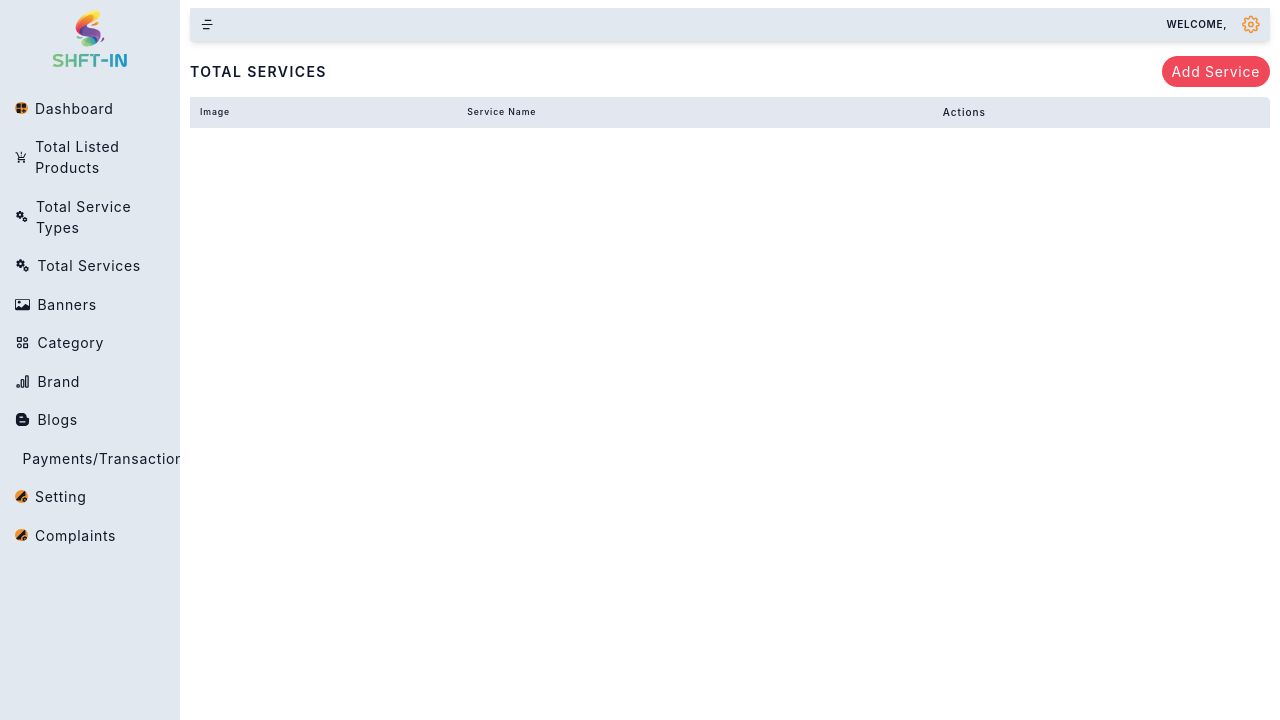
Repository: rohit0915/Mr-Arun-Chauhan-Admin-Panel
Page: /services
An editor plug-in stored every save of this project. The page is shown before and after a run of saves, followed by the edit.
The browser window is 1280 px wide. The pictures show the whole page.
The page's requests for data from a server got no answer. The project was rebuilt for these pictures with package versions that can differ from the ones it lists, and the page was loaded fresh each time. No one was signed in, and anything a server would have sent is missing. Also part of the build but not shown: src/components/BaseUrl.jsx, src/components/forms/Login.jsx, src/components/pages/Dashboard.jsx, src/vendorPanel/components/Auth.jsx, src/components/pages/products/Products.jsx, src/components/pages/categories/Categories.jsx, src/components/pages/subcategories/SubCategories.jsx, src/components/pages/manageprofiles/ManageProfiles.jsx and 74 more.

Above is the page before, as saved 2022-11-16 13:02:37.

After the next 2 saves:
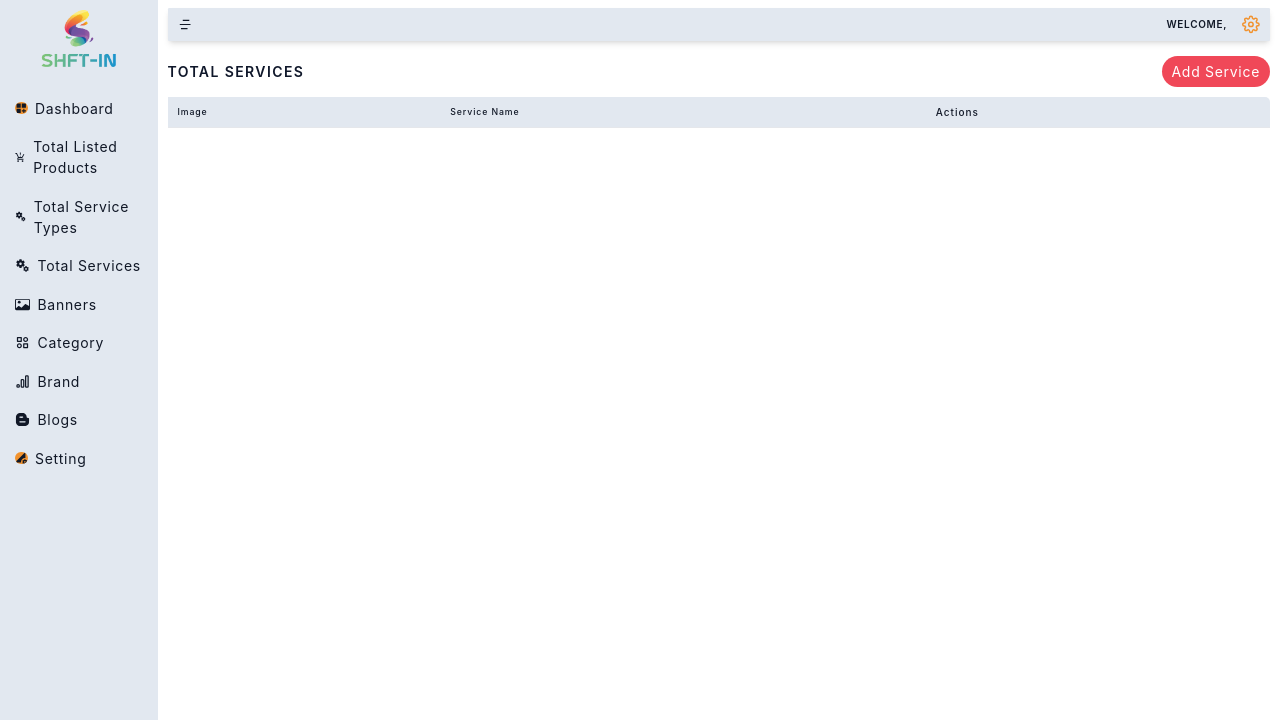
The 2 saves are shown as one change because they came seconds apart.
The last was saved 12 s later.
--- a/src/components/layout/Sidebar.jsx
+++ b/src/components/layout/Sidebar.jsx
@@ -188,13 +188,13 @@ const Sidebar = ({ hamb, setHamb }) => {
     //   link: "/vendors",
     //   name: "Commission List",
     // },
-    {
-      icon: (
-        <BiMoney className="text-xl mr-3 rounded-full bg-[rgb(241,146,46)]" />
-      ),
-      link: "/payments",
-      name: "Payments/Transactions ",
-    },
+    // {
+    //   icon: (
+    //     <BiMoney className="text-xl mr-3 rounded-full bg-[rgb(241,146,46)]" />
+    //   ),
+    //   link: "/payments",
+    //   name: "Payments/Transactions ",
+    // },
     {
       icon: (
         <MdPermDataSetting className="text-xl mr-3 rounded-full bg-[rgb(241,146,46)]" />
@@ -202,13 +202,13 @@ const Sidebar = ({ hamb, setHamb }) => {
       link: "/setting",
       name: "Setting",
     },
-    {
-      icon: (
-        <MdPermDataSetting className="text-xl mr-3 rounded-full bg-[rgb(241,146,46)]" />
-      ),
-      link: "/complaints",
-      name: "Complaints",
-    },
+    // {
+    //   icon: (
+    //     <MdPermDataSetting className="text-xl mr-3 rounded-full bg-[rgb(241,146,46)]" />
+    //   ),
+    //   link: "/complaints",
+    //   name: "Complaints",
+    // },
     // {
     //   icon: (
     //     <MdOutlineInfo className="text-xl mr-3 rounded-full bg-[rgb(241,146,46)]" />
